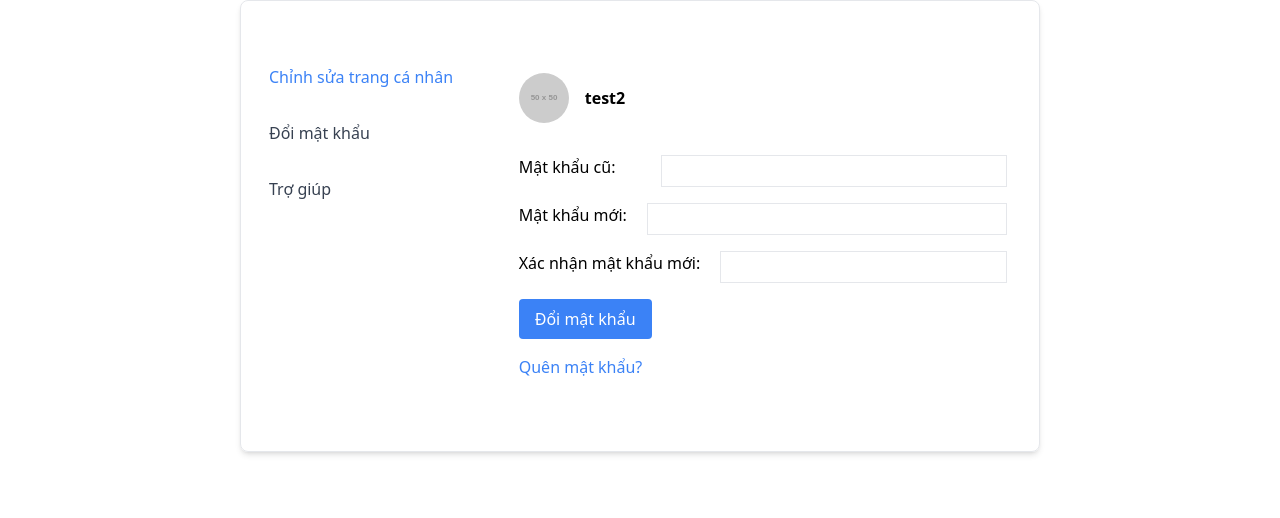
Repository: DangNgocDuong250903/2425_CS445AC_NHOM1
Page: /changepassword (app in social_fe/)
These files come from the project's save history. The page is drawn as it stood at one moment and after a run of saves; the edit follows.
The browser window is 1280 px wide. The pictures show the whole page.
The project was rebuilt for these pictures with package versions that can differ from the ones it lists, and the page was loaded fresh each time. Also part of the build but not shown: social_fe/vite.config.js, social_fe/src/components/Button/index.jsx, social_fe/src/assets/index.js, social_fe/src/components/FriendCard/index.jsx, social_fe/src/components/Loading/index.jsx, social_fe/src/components/PostCard/index.jsx, social_fe/src/components/ProfileCard/index.jsx, social_fe/src/components/TextInput/index.jsx and 9 more.

Above is the page before, as saved 2024-11-05 16:52:19.

### social_fe/index.html
<!DOCTYPE html>
<html lang="en">
  <head>
    <meta charset="UTF-8" />
    <link rel="icon" type="image/svg+xml" href="/public/logo.svg" />
    <meta name="viewport" content="width=device-width, initial-scale=1.0" />
    <title>LinkVerse</title>
  </head>
  <body>
    <div id="root"></div>
    <script type="module" src="/src/main.jsx"></script>
  </body>
</html>

### social_fe/src/main.jsx
import { StrictMode } from "react";
import { createRoot } from "react-dom/client";
import App from "./App.jsx";
import "./index.css";
import { store } from "./redux/store.js";
import { Provider } from "react-redux";
import { BrowserRouter } from "react-router-dom";

createRoot(document.getElementById("root")).render(
  <StrictMode>
    <Provider store={store}>
      <BrowserRouter>
        <App />
      </BrowserRouter>
    </Provider>
  </StrictMode>,
);

### social_fe/src/App.jsx
import { Outlet, Navigate, Route, Routes, useLocation } from "react-router-dom";
import {
  Home,
  Profile,
  Register,
  Login,
  ResetPassword,
  NotFound,
} from "./pages";
import { useSelector } from "react-redux";
import UpdateUser from "./pages/ProfilePage/updateUser";
import ChangePassword from "./pages/ProfilePage/ChangePassword";

const Layout = () => {
  const { user } = useSelector((state) => state.user);
  const location = useLocation();

  return user?.token ? (
    <Outlet />
  ) : (
    <Navigate to="/login" state={{ from: location }} replace />
  );
};

function App() {
  const { theme } = useSelector((state) => state.theme);

  return (
    <div data-theme={theme} className="w-full min-h-[100vh]">
      <Routes>
        <Route element={<Layout />}>
          <Route path="/" element={<Home />} />
          <Route path="/profile" element={<Profile />} />
          <Route path="/update_user" element={<UpdateUser />} />
          <Route path="/changepassword" element={<ChangePassword />} />




        </Route>

        <Route path="/register" element={<Register />} />
        <Route path="/login" element={<Login />} />
        <Route path="/reset-password" element={<ResetPassword />} />
        <Route path="*" element={<NotFound />} />
      </Routes>
    </div>
  );
}

export default App;

### social_fe/src/index.css
@tailwind base;
@tailwind components;
@tailwind utilities;

::-webkit-scrollbar {
    display: none;
     -ms-overflow-style: none;  /* IE and Edge */
    scrollbar-width: none;
  }

  .topbar{
  position: sticky;
  top: 0px;
  z-index: 49;
  }


  .dots-container {
    display: flex;
    align-items: center;
    justify-content: center;
    height: 100%;
    width: 100%;
    margin-bottom: 5px;
  }

  .dot {
    height: 12px;
    width: 12px;
    margin-right: 10px;
    border-radius: 10px;
    background-color: #fff;
    animation: pulse 1.5s infinite ease-in-out;
  }

  .dot:last-child {
    margin-right: 0;
  }

  .dot:nth-child(1) {
    animation-delay: -0.3s;
  }

  .dot:nth-child(2) {
    animation-delay: -0.1s;
  }

  .dot:nth-child(3) {
    animation-delay: 0.1s;
  }

  @keyframes pulse {
    0% {
      transform: scale(0.8);
      background-color: #b3d4fc;
      box-shadow: 0 0 0 0 rgba(178, 212, 252, 0.7);
    }

    50% {
      transform: scale(1.2);
      background-color: #4b79e4;
      box-shadow: 0 0 0 10px rgba(178, 212, 252, 0);
    }

    100% {
      transform: scale(0.8);
      background-color: #2584f8;
      box-shadow: 0 0 0 0 rgba(178, 212, 252, 0.7);
    }
  }

  @layer base {
    :root {
      --color-bg: 227 227 227;
      --color-primary: 255 255 255;
      --color-secondary:255 255 255;
      --color-ascent1: 0 0 0;
      --color-ascent2: 89 91 100;
      --color-blue: 6 90 216;
      --color-white: 255 255 255;

    }
    /* //15 23 42  21 30 49*/
    [data-theme="dark"] {
       --color-bg: 12 12 12;
       --color-primary: 31 31 31;
      --color-secondary: 47 45 48;
      --color-ascent1: 255 255 255;
      --color-ascent2: 164 161 162;
      --color-blue: 6 90 216;
      /* //16 176 255; */
      --color-white: 255 255 255;
    }
  }

### social_fe/src/redux/store.js
import { configureStore } from "@reduxjs/toolkit";

import { rootReducer } from "./reducer";

const store = configureStore({
  reducer: rootReducer,
});

const { dispatch } = store;

export { store, dispatch };

### social_fe/src/pages/index.js
import Home from "./HomePage";
import Login from "./LoginPage";
import NotFound from "./NotFoundPage";
import Profile from "./ProfilePage";
import Register from "./RegisterPage";
import ResetPassword from "./ResetPasswordPage";

export { Home, Login, NotFound, Profile, Register, ResetPassword };

### social_fe/src/pages/ProfilePage/ChangePassword.jsx
import React, { useState } from 'react';
import { Link, useNavigate } from 'react-router-dom';

const ChangePassword = () => {
    const [selectedLink, setSelectedLink] = useState(1);
    const navigate = useNavigate()
    const handleLinkClick = (linkIndex) => {
        setSelectedLink(linkIndex);
    };
    return (
        <div className="flex w-[800px] mx-auto pt-10 pb-10 border border-gray-200 shadow-md rounded-lg">
            <div className="w-1/3 p-4 bg-white rounded-md ">
                <ul className="flex flex-col ">

                    <Link
                        to="/update_user"
                        onClick={() => handleLinkClick(1)}
                        className={`mb-4 font-medium hover:bg-gray-200 px-3 py-2 rounded-lg ${selectedLink === 1 ? 'text-blue-500' : 'text-gray-700'}`}
                    >
                        Chỉnh sửa trang cá nhân
                    </Link>


                    <Link
                        to="/changepassword"
                        onClick={() => handleLinkClick(2)}
                        className={`mb-4 font-medium hover:bg-gray-200 px-3 py-2 rounded-lg ${selectedLink === 2 ? 'text-blue-500' : 'text-gray-700'}`}
                    >
                        Đổi mật khẩu
                    </Link>

                    <Link

                        onClick={() => handleLinkClick(3)}
                        className={`mb-4 font-medium hover:bg-gray-200 px-3 py-2 rounded-lg ${selectedLink === 3 ? 'text-blue-500' : 'text-gray-700'}`}
                    >
                        Trợ giúp
                    </Link>
                </ul>
            </div>
            <div className="w-3/4 p-8">
                <div className="flex items-center mb-8">
                    <img src="https://placehold.co/50x50" alt="User avatar" className="mr-4 rounded-full" />
                    <span className="font-bold">test2</span>
                </div>
                <div className="flex gap-5 mb-4">
                    <label className="w-1/4 mb-2">Mật khẩu cũ:</label>
                    <input type="password" className="flex-grow px-2 border" />
                </div>
                <div className="flex gap-5 mb-4">
                    <label className="mb-2 ">Mật khẩu mới:</label>
                    <input type="password" className="flex-grow px-2 border" />
                </div>
                <div className="flex gap-5 mb-4">
                    <label className="mb-2 max-w-[200px] ">Xác nhận mật khẩu mới:</label>
                    <input type="password" className="flex-grow px-2 border" />
                </div>
                <button className="px-4 py-2 text-white bg-blue-500 rounded">Đổi mật khẩu</button>
                <div className="mt-4">
                    <a href="#" className="text-blue-500">Quên mật khẩu?</a>
                </div>
            </div>
        </div>
    );
};

export default ChangePassword;

### social_fe/src/redux/reducer.js
import { combineReducers } from "@reduxjs/toolkit";

import postSlice from "./Slices/postSlice";
import themeSlice from "./Slices/theme";
import userSlice from "./Slices/userSlice";

const rootReducer = combineReducers({
  user: userSlice,
  theme: themeSlice,
  posts: postSlice,
});

export { rootReducer };

### social_fe/src/redux/Slices/postSlice.js
import { createSlice } from "@reduxjs/toolkit";

const initialState = {
  posts: {},
};

const postSlice = createSlice({
  name: "post",
  initialState,
  reducers: {
    getPosts(state, action) {
      state.posts = action.payload;
    },
  },
});

export default postSlice.reducer;

export function SetPosts(post) {
  return (dispatch) => {
    dispatch(postSlice.actions.getPosts(post));
  };
}

### social_fe/src/redux/Slices/theme.js
import { createSlice } from "@reduxjs/toolkit";

const initialState = {
  theme: JSON.parse(window?.localStorage.getItem("theme")) ?? "dark",
};

const themeSlice = createSlice({
  name: "theme",
  initialState,
  reducers: {
    setTheme(state, action) {
      state.theme = action.payload;
      localStorage.setItem("theme", JSON.stringify(action.payload));
    },
  },
});

export default themeSlice.reducer;

export function SetTheme(value) {
  return (dispatch) => {
    dispatch(themeSlice.actions.setTheme(value));
  };
}

### social_fe/src/redux/Slices/userSlice.js
import { createSlice } from "@reduxjs/toolkit";

import { user } from "../../assets/data";

const initialState = {
  user: JSON.parse(window?.localStorage.getItem("user")) ?? user,
  edit: false,
};

const userSlice = createSlice({
  name: "user",
  initialState,
  reducers: {
    login(state, action) {
      state.user = action.payload;
      localStorage.setItem("user", JSON.stringify(action.payload));
    },
    logout(state) {
      state.user = null;
      localStorage?.removeItem("user");
    },
    updateProfile(state, action) {
      state.edit = action.payload;
    },
  },
});
export default userSlice.reducer;

export function UserLogin(user) {
  return (dispatch) => {
    dispatch(userSlice.actions.login(user));
  };
}

export function Logout() {
  return (dispatch) => {
    dispatch(userSlice.actions.logout());
  };
}

export function UpdateProfile(val) {
  return (dispatch) => {
    dispatch(userSlice.actions.updateProfile(val));
  };
}

### social_fe/tailwind.config.js
/** @type {import('tailwindcss').Config} */
export default {
  content: [
    "./index.html",
    "./src/**/*.{js,ts,jsx,tsx}",
  ],
  theme: {
    extend: {
      colors: {
        bgColor: "rgb(var(--color-bg) / <alpha-value>)",
        primary: "rgb(var(--color-primary) / <alpha-value>)",
        secondary: "rgb(var(--color-secondary) / <alpha-value>)",
        customBlue: "rgb(var(--color-blue) / <alpha-value>)",
        white: "rgb(var(--color-white) / <alpha-value>)",
        ascent: {
          1: "rgb(var(--colorgit-ascent1) / <alpha-value>)",
          2: "rgb(var(--color-ascent2) / <alpha-value>)",
        },
      },
      screens: {
        sm: "640px",

        md: "768px",

        lg: "1024px",

        xl: "1280px",

        "2xl": "1536px",
      },
      extend: {
      },
    },
    plugins: [],
  }
}

Loaded but not shown: social_fe/src/assets/data.js (508 lines, source omitted)

After the next 3 saves:
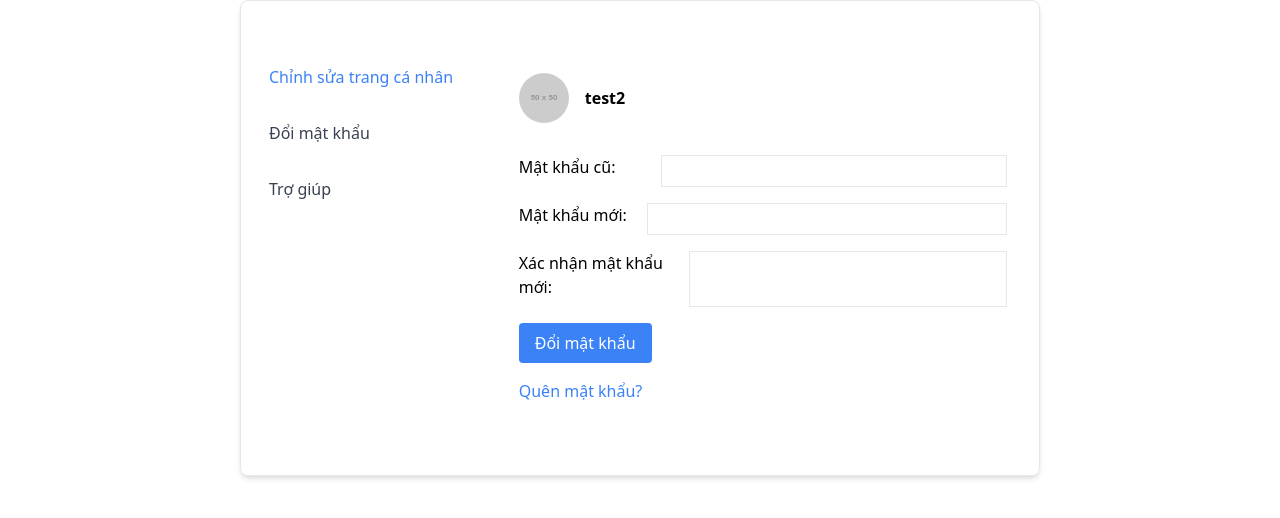
The 3 saves are shown as one change because they came seconds apart.
The last was saved 13 s later.
--- a/social_fe/src/pages/ProfilePage/ChangePassword.jsx
+++ b/social_fe/src/pages/ProfilePage/ChangePassword.jsx
@@ -52,7 +52,7 @@
                     <input type="password" className="flex-grow px-2 border" />
                 </div>
                 <div className="flex gap-5 mb-4">
-                    <label className="mb-2 max-w-[200px] ">Xác nhận mật khẩu mới:</label>
+                    <label className="mb-2 max-w-[150px] ">Xác nhận mật khẩu mới:</label>
                     <input type="password" className="flex-grow px-2 border" />
                 </div>
                 <button className="px-4 py-2 text-white bg-blue-500 rounded">Đổi mật khẩu</button>

After the save that followed:
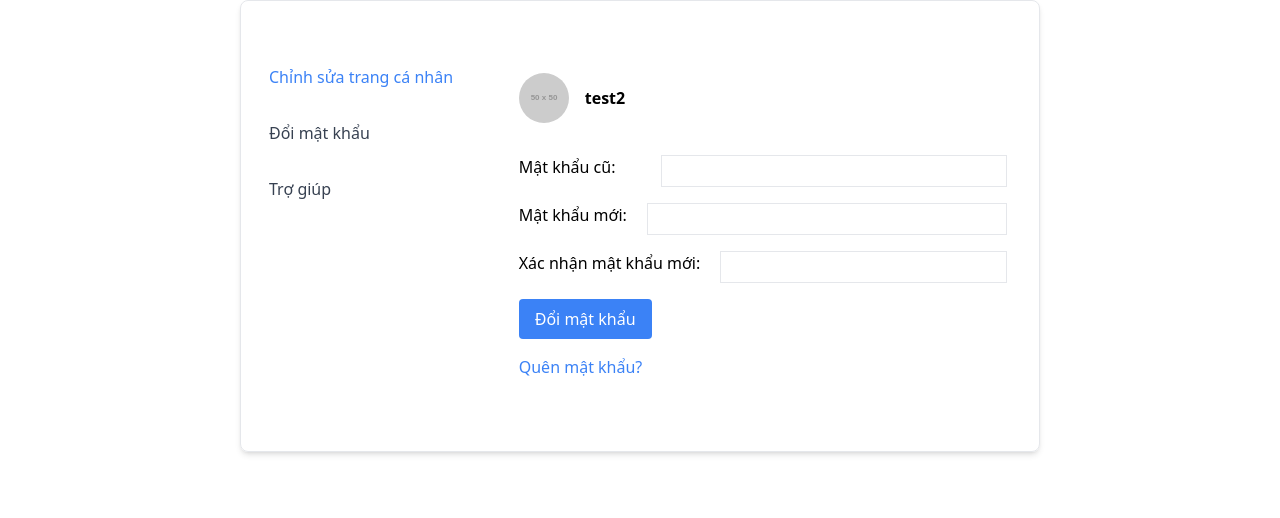
Saved 4 s later.
--- a/social_fe/src/pages/ProfilePage/ChangePassword.jsx
+++ b/social_fe/src/pages/ProfilePage/ChangePassword.jsx
@@ -52,7 +52,7 @@
                     <input type="password" className="flex-grow px-2 border" />
                 </div>
                 <div className="flex gap-5 mb-4">
-                    <label className="mb-2 max-w-[150px] ">Xác nhận mật khẩu mới:</label>
+                    <label className="mb-2 max-w-[200px] ">Xác nhận mật khẩu mới:</label>
                     <input type="password" className="flex-grow px-2 border" />
                 </div>
                 <button className="px-4 py-2 text-white bg-blue-500 rounded">Đổi mật khẩu</button>
